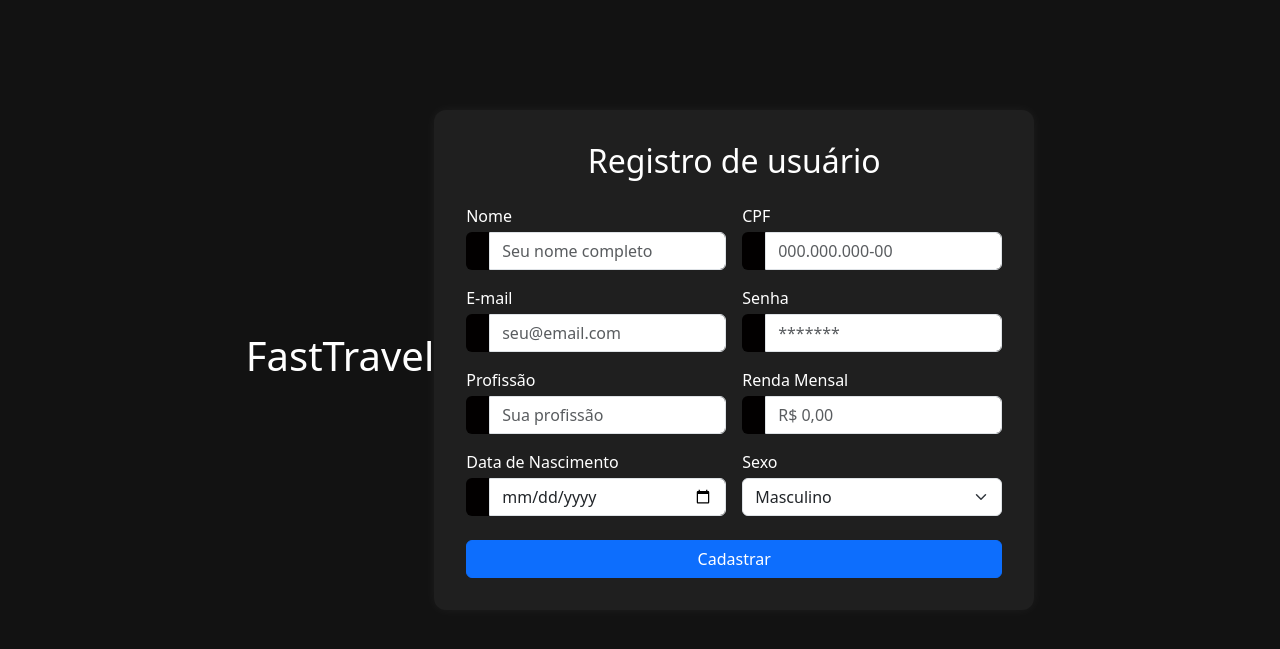
Repository: Suttiago/fasttravel-back
Page: app/templates/Cadastro.html
The author's editor kept a copy of each file at every save. The page is drawn from the files as they stood at one save, then again after the next save.
The browser window is 1280 px wide. The pictures show the whole page.
The template is drawn by Flask 3. The application's start-up code is not run. The template is opened directly, without the code that normally fills it, so the values that code supplies are empty.

Above is the page before, as saved 2025-05-30 09:58:23.

After the next save:
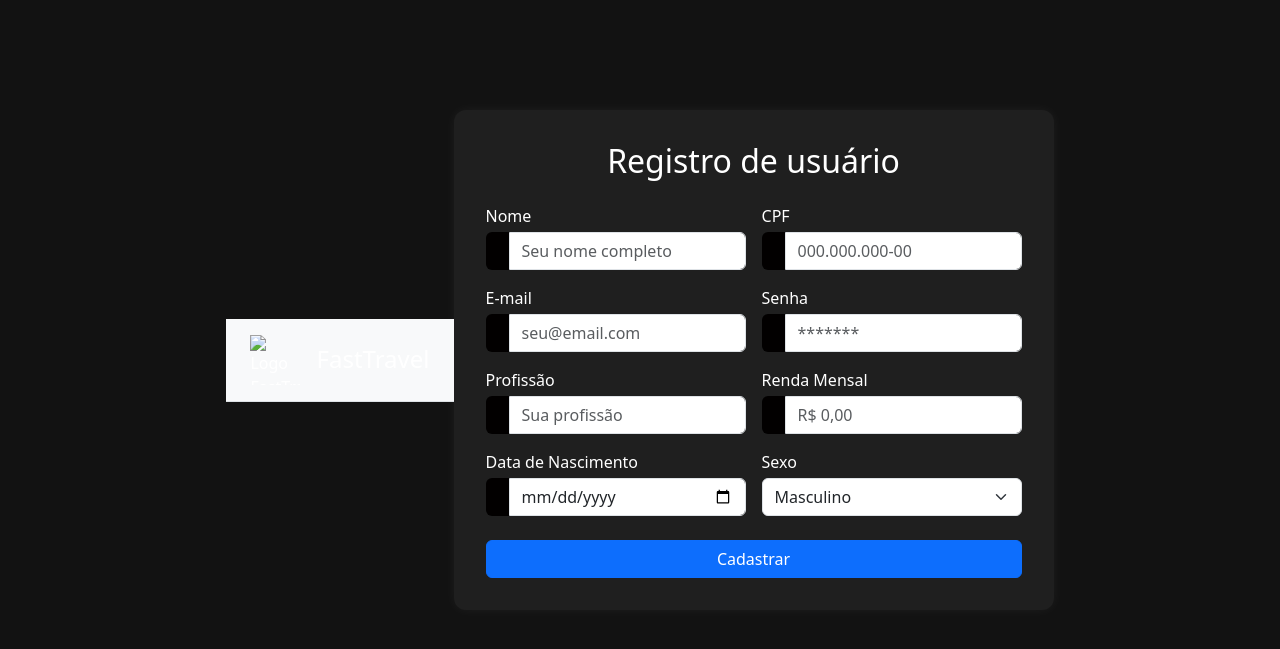
Not found: static/img/logo.png
Saved 3 min 11 s later.
--- a/app/templates/Cadastro.html
+++ b/app/templates/Cadastro.html
@@ -12,11 +12,15 @@
 </head>
 
 <body>
-  <div name="logo_title">
-    <h1>FastTravel</h1>
+  <header class="bg-light py-3 px-4 border-bottom">
+  <div class="d-flex align-items-center">
+    <!-- Logo -->
+    <img src="/static/img/logo.png" alt="Logo FastTravel" width="50" height="50" class="me-3">
 
-
+    <!-- Título -->
+    <h1 class="h4 m-0">FastTravel</h1>
   </div>
+</header>
   <div class="form-container">
     <h2 class="text-center mb-4">Registro de usuário</h2>
     <form action="/usuarios" method="POST">
